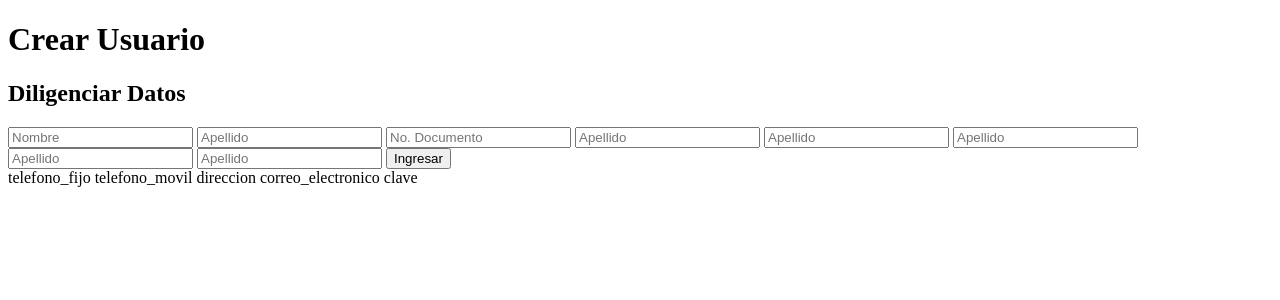
Repository: DA5CH25/kohaku_php
Page: http://localhost/kohaku_php/views/modules/ingresar.php
These files come from the project's save history. The page is drawn as it stood at one moment and after a run of saves; the edit follows.
The browser window is 1280 px wide. The pictures show the whole page.
The page is run by PHP 8.4 with error messages shown; the project is at /var/www/html/.

Above is the page before, as saved 2021-04-26 15:09:11.

After the next 2 saves:
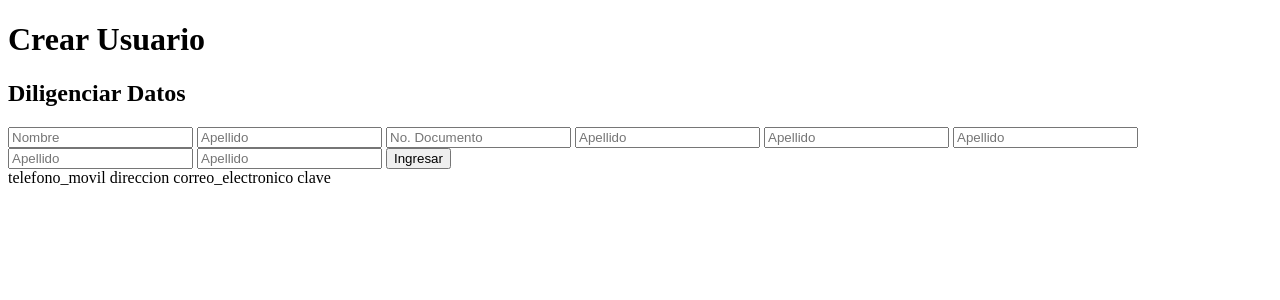
The 2 saves are shown as one change because they came seconds apart.
The last was saved 9 s later.
--- a/views/modules/ingresar.php
+++ b/views/modules/ingresar.php
@@ -14,7 +14,7 @@
 		<input name="nombre" placeholder="Nombre" />
 		<input name="apellido" placeholder="Apellido" />
 		<input name="numero_identificacion" placeholder="No. Documento" />
-		<input name="apellido" placeholder="Apellido" />
+		<input name="telefono_fijo" placeholder="Apellido" />
 		<input name="apellido" placeholder="Apellido" />
 		<input name="apellido" placeholder="Apellido" />
 		<input name="apellido" placeholder="Apellido" />
@@ -27,7 +27,7 @@
 
 
 			<th></th>
-			<th>telefono_fijo</th>
+			<th></th>
 			<th>telefono_movil</th>
 			<th>direccion</th>
 			<th>correo_electronico</th>
